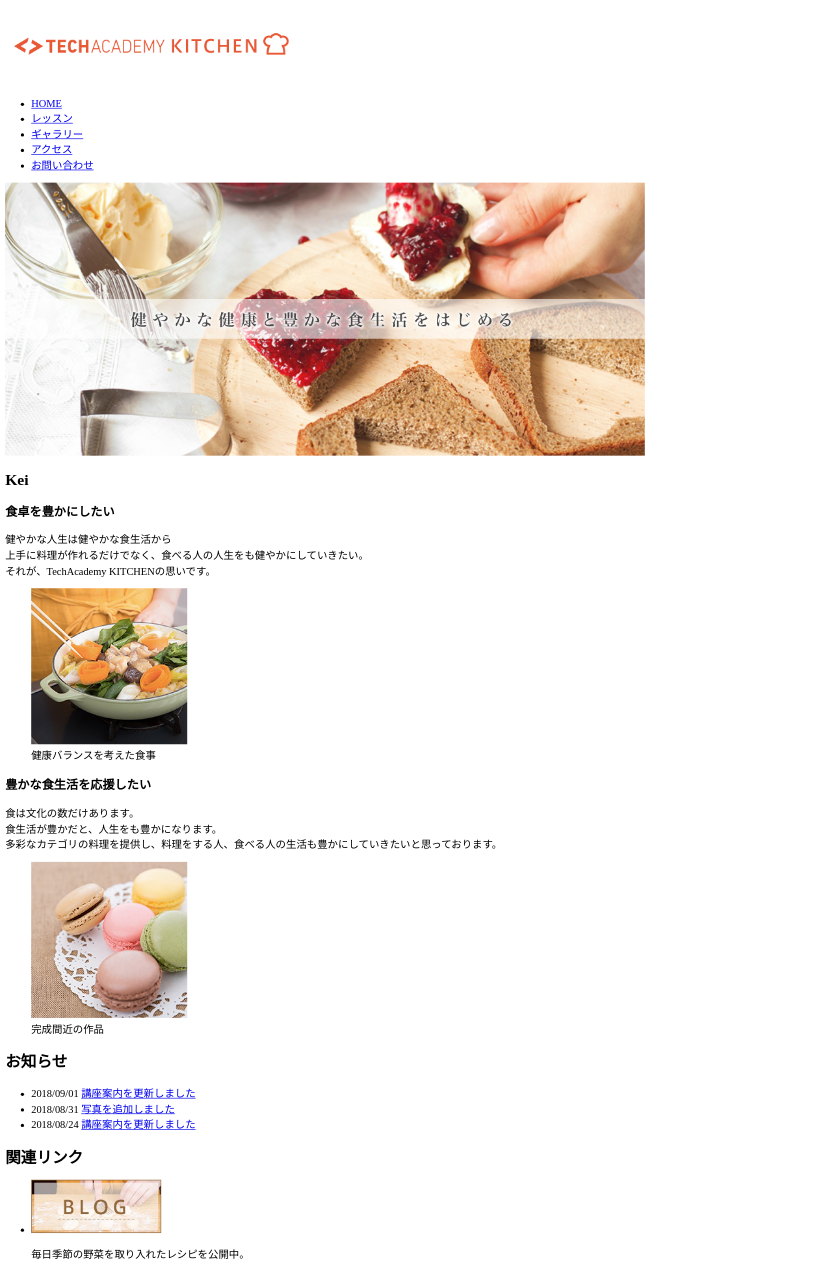
Repository: keifujisawa12345/first-git2
Page: kitchen.html
The author's editor kept a record of every edit. The page is drawn from the files as they stood at one moment, then again after the next edit.
The browser window is 1280 px wide. The pictures show the whole page, at 65% of full size.

Above is the page before.

### kitchen.html
<!DOCTYPE html>
<html lang="ja">

<head>
    <meta charset="UTF-8">
    <title>Kei KITCHEN</title>
</head>

<body>
    <!---->
    <header>
        <h1><a href="kitchen.html"><img src="images_kitchen/logo.png" alt="Kei KITCHEN"</a></h1>
        <nav ud="global_navi">
            <ul>
                <li class="current"><a href="kitchen.html">HOME</a></li>
                <li><a href="lesson.html">レッスン</a></li>
                <li><a href="gallery.html">ギャラリー</a></li>
                <li><a href="access.html">アクセス</a></li>
                <li><a href="contact.html">お問い合わせ</a></li>
            </ul>
        </nav>
    </header>

    <!---->
    <div id="main_visual">
        <img src="images_kitchen/main_visual.jpg" alt="健やかな健康と豊かな食生活をはじめる">
    </div>

    <!---->
    <div id="wrapper ">
        <div id="main">
            <h2>Kei</h2>
            <section>
                <h3>食卓を豊かにしたい</h3>
                <div class="point">
                    <p>
                        健やかな人生は健やかな食生活から<br> 上手に料理が作れるだけでなく、食べる人の人生をも健やかにしていきたい。
                        <br> それが、TechAcademy KITCHENの思いです。
                    </p>
                    <figure>
                        <img src="images_kitchen/photo01.jpg" alt="TechAcademy KITCHENについて1">
                        <figcaption>健康バランスを考えた食事</figcaption>
                    </figure>
                </div>
            </section>
            <section>
                <h3>豊かな食生活を応援したい</h3>
                <div class="point">
                    <p>
                        食は文化の数だけあります。<br> 食生活が豊かだと、人生をも豊かになります。 <br> 多彩なカテゴリの料理を提供し、料理をする人、食べる人の生活も豊かにしていきたいと思っております。
                    </p>
                    <figure>
                        <img src="images_kitchen/photo02.jpg" alt="TechAcademy KITCHENについて2">
                        <figcaption>完成間近の作品</figcaption>
                    </figure>
                </div>
            </section>

            <!---->
            <section id="news">
                <h2>お知らせ</h2>
                <ul>
                    <li>
                        <span>2018/09/01</span>
                        <a href="course.html">講座案内を更新しました</a>
                    </li>
                    <li>
                        <span>2018/08/31</span>
                        <a href="gallery.html">写真を追加しました</a>
                    </li>
                    <li>
                        <span>2018/08/24</span>
                        <a href="course.html">講座案内を更新しました</a>
                    </li>
                </ul>
            </section>


        </div>
    </div>

    <!---->
    <aside id="sidebar ">
        <section id="side_banner">
            <h2>関連リンク</h2>
            <ul>
                <li>
                    <a href="https://techacademy.jp/magazine/" target="_blank"><img src="images_kitchen/banner01.jpg" alt="ブログ"></a>
                    <p>毎日季節の野菜を取り入れたレシピを公開中。</p>
                </li>
            </ul>
        </section>
    </aside>

    <!---->
    <footer>

    </footer>
</body>

</html>

After the next edit:
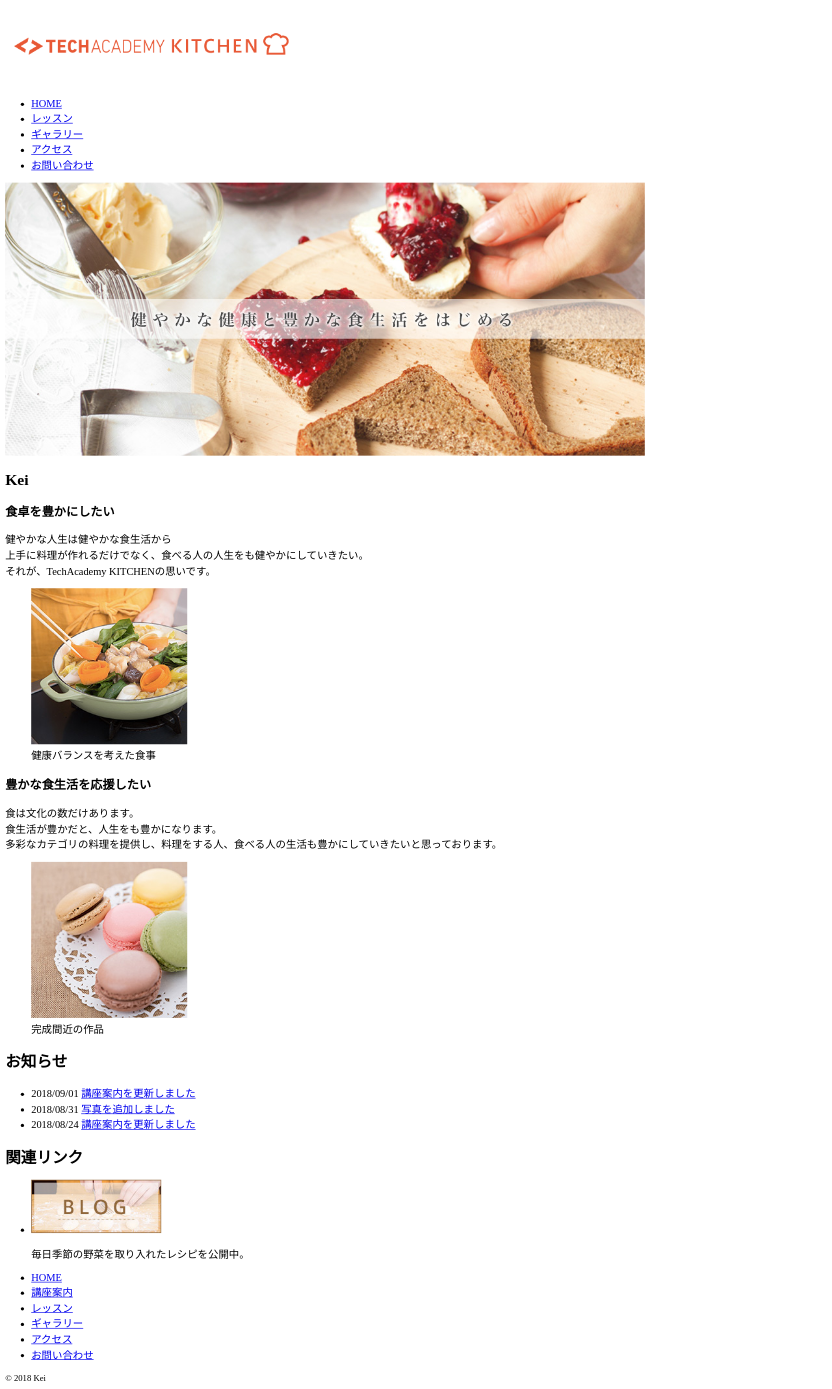
The edit:
--- a/kitchen.html
+++ b/kitchen.html
@@ -94,7 +94,17 @@
 
     <!---->
     <footer>
-
+        <div id="footer_navi">
+            <ul>
+                <li><a href="kitchen.html">HOME</a></li>
+                <li><a href="course.html">講座案内</a></li>
+                <li><a href="lesson.html">レッスン</a></li>
+                <li><a href="gallery.html">ギャラリー</a></li>
+                <li><a href="access.html">アクセス</a></li>
+                <li><a href="contact.html">お問い合わせ</a></li>
+            </ul>
+        </div>
+        <small>&copy; 2018 Kei </small>
     </footer>
 </body>
 
